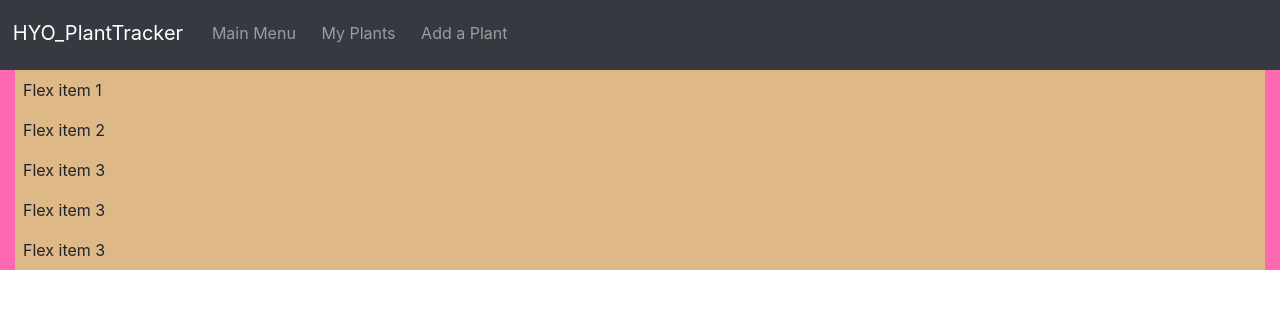
Repository: emersonwilliams/HYO_PlantTracker
Page: capstone_app/plant_tracker/templates/myplants.html
The author's editor kept a copy of each file at every save. The page is drawn from the files as they stood at one save, then again after a run of saves.
The browser window is 1280 px wide. The pictures show the whole page.

Above is the page before, as saved 2020-08-02 01:42:58.

### capstone_app/plant_tracker/templates/myplants.html
<!-- this is the page where you can see all of your plants -->

<!DOCTYPE html>
<html lang="en">
<head>
    <meta charset="UTF-8">
    <title>Title</title>

</head>

<body>
    <link rel="stylesheet" href="https://stackpath.bootstrapcdn.com/bootstrap/4.5.0/css/bootstrap.min.css" integrity="sha384-9aIt2nRpC12Uk9gS9baDl411NQApFmC26EwAOH8WgZl5MYYxFfc+NcPb1dKGj7Sk" crossorigin="anonymous">
    <script src="https://code.jquery.com/jquery-3.5.1.slim.min.js" integrity="sha384-DfXdz2htPH0lsSSs5nCTpuj/zy4C+OGpamoFVy38MVBnE+IbbVYUew+OrCXaRkfj" crossorigin="anonymous"></script>
    <script src="https://cdn.jsdelivr.net/npm/popper.js@1.16.0/dist/umd/popper.min.js" integrity="sha384-Q6E9RHvbIyZFJoft+2mJbHaEWldlvI9IOYy5n3zV9zzTtmI3UksdQRVvoxMfooAo" crossorigin="anonymous"></script>

    <link rel="stylesheet" type = "text/css" href='../static/css/myplants.css'>

    <nav class="navbar navbar-expand-lg navbar-dark bg-dark">
    <a class="navbar-brand" href="#">HYO_PlantTracker</a>
    <button class="navbar-toggler" type="button" data-toggle="collapse" data-target="#navbarNavAltMarkup" aria-controls="navbarNavAltMarkup" aria-expanded="false" aria-label="Toggle navigation">
      <span class="navbar-toggler-icon"></span>
    </button>
    <div class="collapse navbar-collapse" id="navbarNavAltMarkup">
      <div class="navbar-nav">
        <a class="nav-item nav-link  op1" href="#">Main Menu <span class="sr-only"></span></a>
        <a class="nav-item nav-link op1 " href="#">My Plants</a>
        <a class="nav-item nav-link op1" href="#">Add a Plant</a>
      </div>
    </div>
  </nav>
  <div class ="container-fluid">

    <div class="d-flex flex-xl-column bd-highlight mb-3 jj">
        <div class="p-2 bd-highlight k1 justify-content-between
        ">Flex item 1</div>
        <div class="p-2 bd-highlight k1 justify-content-center
        ">Flex item 2</div>
        <div class="p-2 bd-highlight k1 justify-content-center
        ">Flex item 3</div>
        <div class="p-2 bd-highlight k1 justify-content-center
        ">Flex item 3</div>
        <div class="p-2 bd-highlight k1 justify-content-center
        ">Flex item 3</div>
    </div>
</div>
</body>

</html>

### capstone_app/plant_tracker/static/css/myplants.css
.navbar{
    padding: 0.5em 0.8em 0.8em 0.8em;

}
.op1{
    /* padding: 2em 2em 2em 2em; */
    margin: 0.3em ;

}

.container-fluid{
background-color: hotpink;
}

d-flex{
    background-color: hotpink;
}

.k1{
    background-color: burlywood;
}

After the next 2 saves:
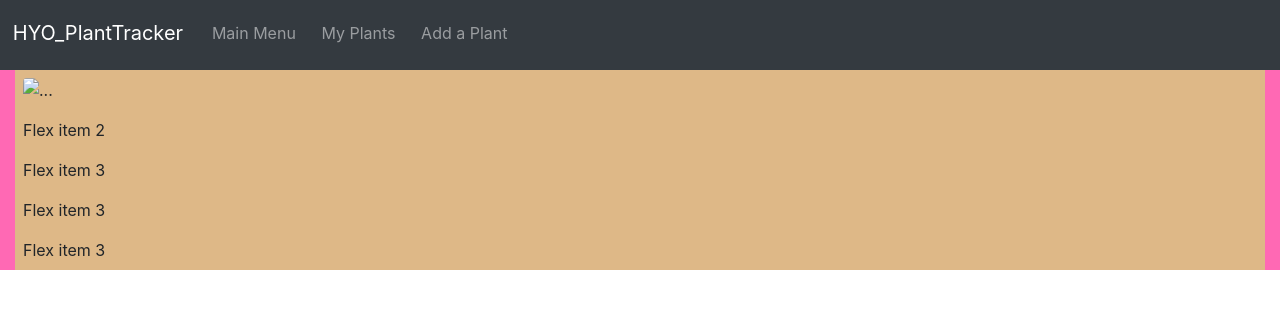
Not found: capstone_app/plant_tracker/templates/...
The 2 saves are shown as one change because they came seconds apart.
The last was saved 6 min 4 s later.
--- a/capstone_app/plant_tracker/templates/myplants.html
+++ b/capstone_app/plant_tracker/templates/myplants.html
@@ -32,7 +32,11 @@
 
     <div class="d-flex flex-xl-column bd-highlight mb-3 jj">
         <div class="p-2 bd-highlight k1 justify-content-between
-        ">Flex item 1</div>
+        ">
+        <img src="..." class="rounded float-left" alt="...">
+
+
+    </div>
         <div class="p-2 bd-highlight k1 justify-content-center
         ">Flex item 2</div>
         <div class="p-2 bd-highlight k1 justify-content-center
